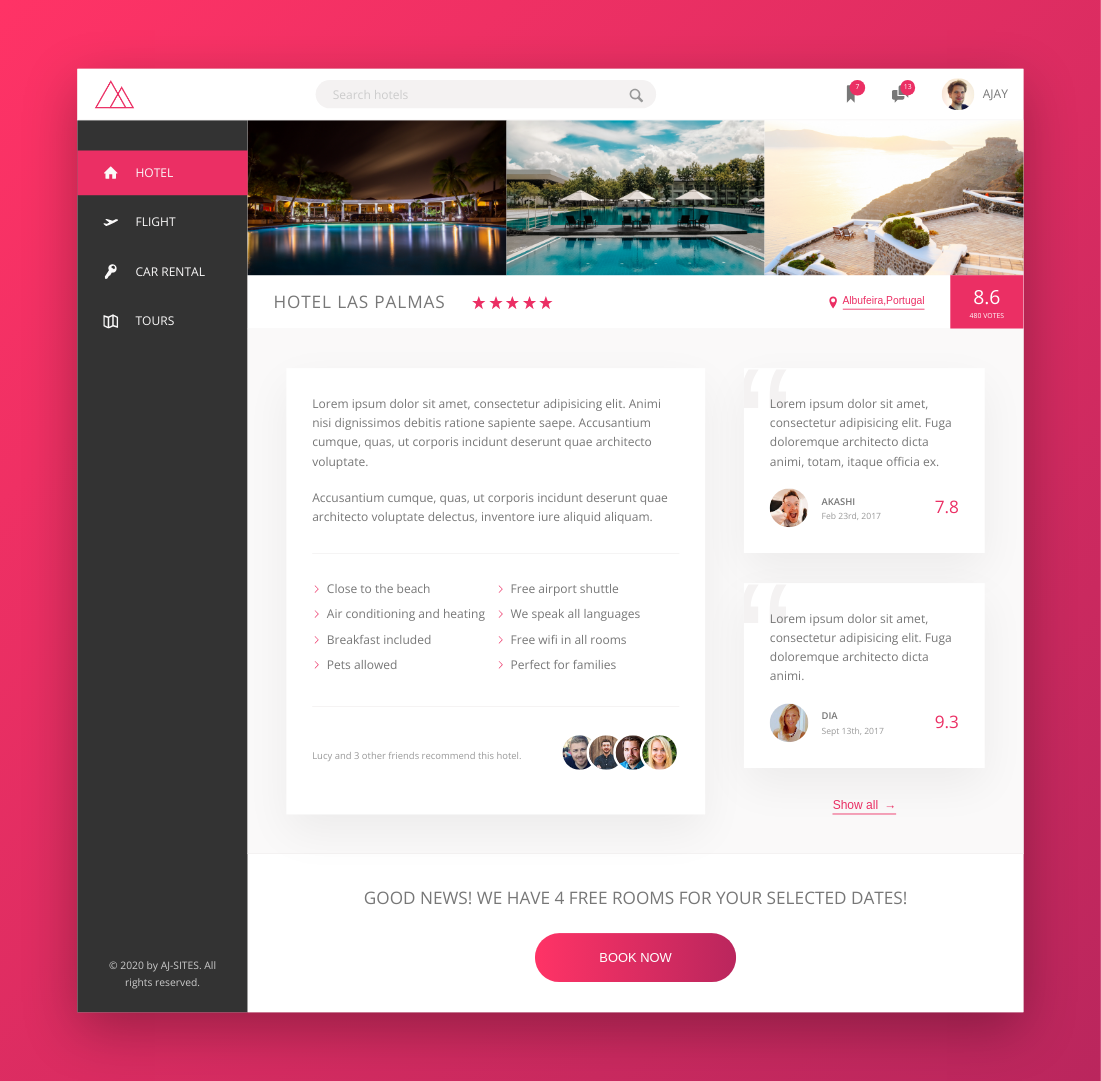
Repository: ajayaj2001/modern-Hotel
Page: /
The author's editor kept a copy of each file at every save. The page is drawn from the files as they stood at one save, then again after the next save.
The browser window is 1280 px wide. The pictures show the whole page, at 86% of full size.
The project was rebuilt for these pictures with package versions that can differ from the ones it lists, and the page was loaded fresh each time.

Above is the page before, as saved 2020-12-14 11:04:56.

After the next save:
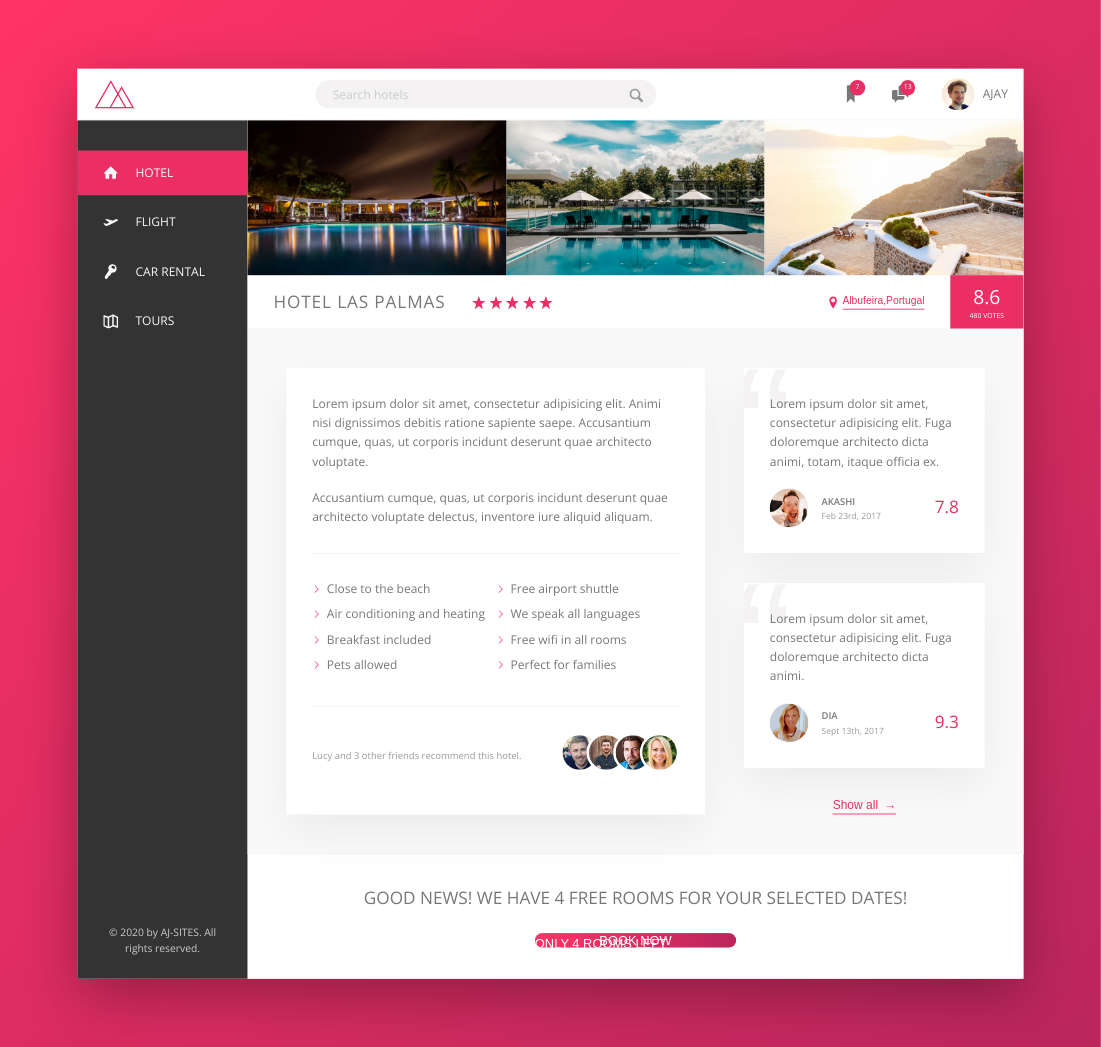
Saved 64 s later.
--- a/src/hotel-view/button/Actionbutton.scss
+++ b/src/hotel-view/button/Actionbutton.scss
@@ -18,19 +18,20 @@
     overflow: hidden;
     background-image: linear-gradient(to right, var(--color-primary-light), var(--color-primary-dark));
     color: #fff;
+    * > {
+        height: 100%;
+        width: 100%;
+        display: inline-block;
+        transition: all 0.2s;
+    }
     &__visible {
-        display: inline-block;
         padding: 2rem 7.5rem;
     }
     &__invisible {
-        display: inline-block;
         position: absolute;
         left: 0;
         top: -100%;
         padding: 2rem 0;
-        height: 100%;
-        width: 100%;
-        transition: all 0.2s;
     }
     &:hover &__visible {
         transform: translateY(100%);

After the 3 saves that followed:
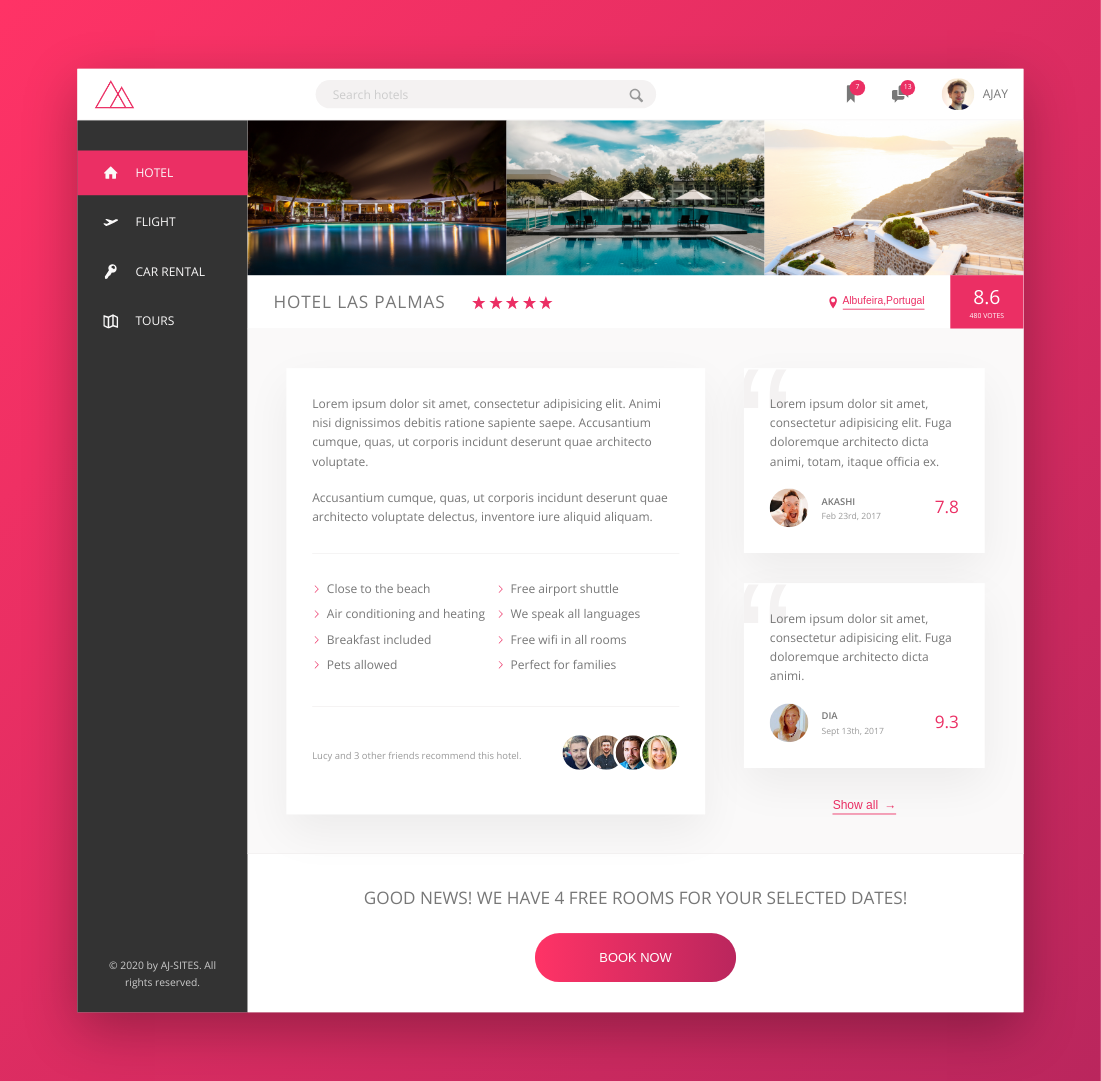
The 3 saves are shown as one change because 2 left the picture as it was.
The last was saved 2 min 6 s later.
--- a/src/hotel-view/button/Actionbutton.scss
+++ b/src/hotel-view/button/Actionbutton.scss
@@ -18,10 +18,10 @@
     overflow: hidden;
     background-image: linear-gradient(to right, var(--color-primary-light), var(--color-primary-dark));
     color: #fff;
-    * > {
+    & > * {
+        display: inline-block;
         height: 100%;
         width: 100%;
-        display: inline-block;
         transition: all 0.2s;
     }
     &__visible {
